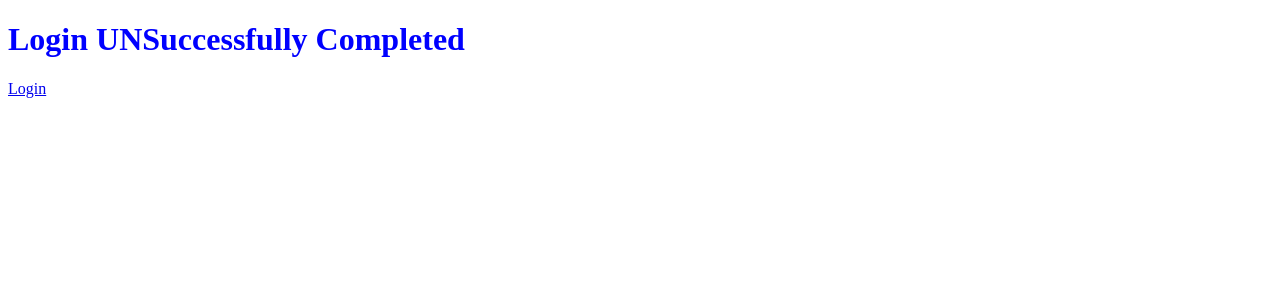
Repository: priyankamergu/MyAllProjects
Page: http://localhost/NewTrainingServlet/Failure.jsp
The author's editor kept a copy of each file at every save. The page is drawn from the files as they stood at one save, then again after the next save.
The browser window is 1280 px wide. The pictures show the whole page.
The page is served by Tomcat 9.

Above is the page before, as saved 2019-11-10 15:59:58.

After the next save:
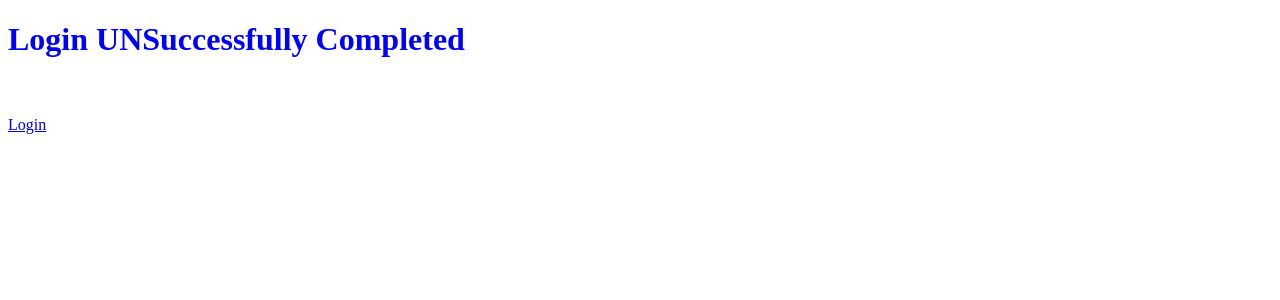
Saved 5 s later.
--- a/Workspace_JEE7_WEB/NewTrainingServlet/WebContent/Failure.jsp
+++ b/Workspace_JEE7_WEB/NewTrainingServlet/WebContent/Failure.jsp
@@ -7,7 +7,7 @@
 <title>Insert title here</title>
 </head>
 <body>
-<h1 style="color:blue;">Login UNSuccessfully Completed</h1>
+<h1 style="color:blue;">Login UNSuccessfully Completed</h1><br><br>
 <a href="Login.jsp">Login</a>
 </body>
 </html>
